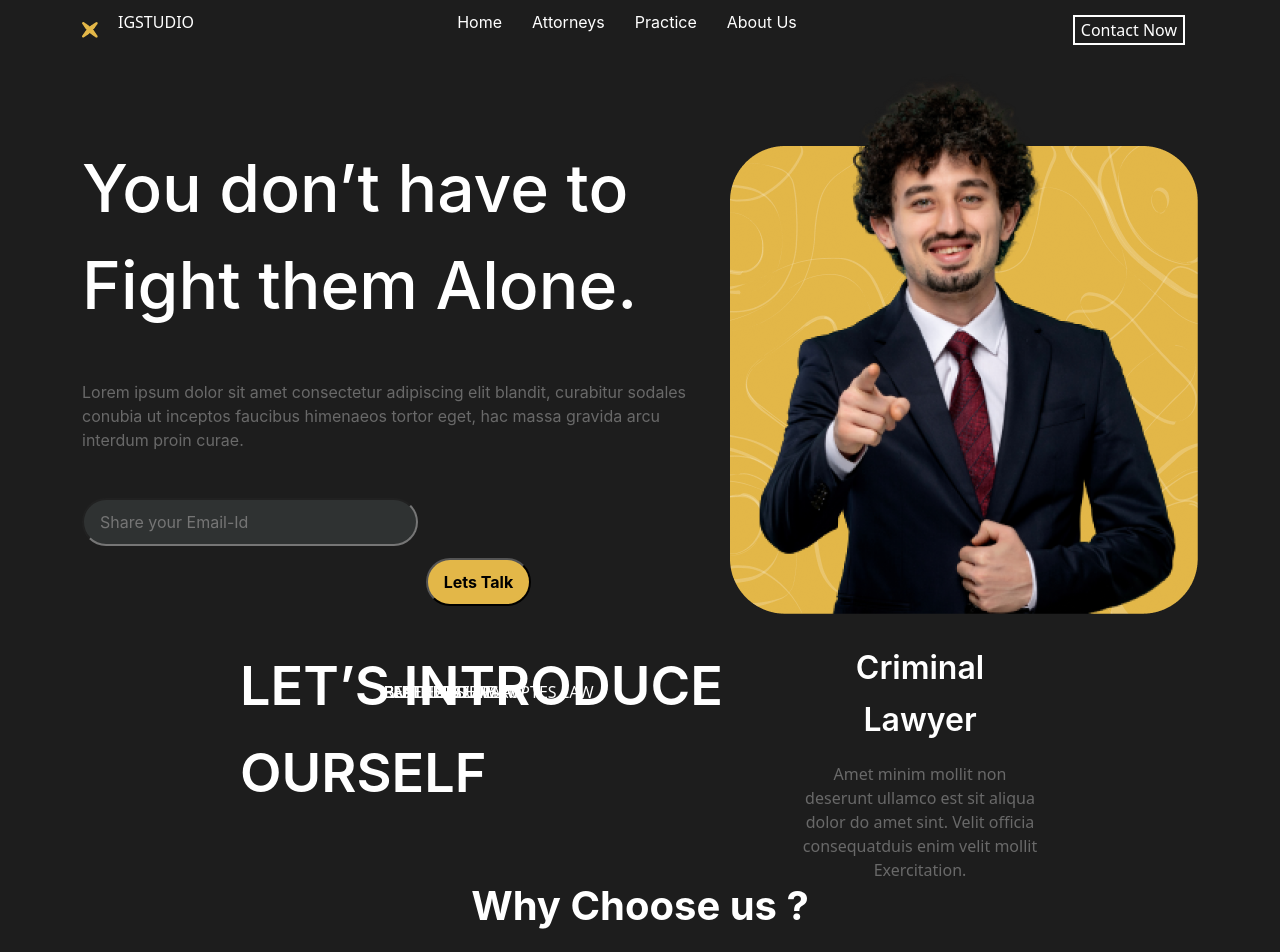
Repository: Senthil-Bala/LawFirm
Page: /
An editor plug-in stored every save of this project. The page is shown before and after the next save, followed by the edit.
The browser window is 1280 px wide. The pictures show the part of the page from y = 0 to 952 px (the page is 4053 px tall).
The project was rebuilt for these pictures with package versions that can differ from the ones it lists, and the page was loaded fresh each time. Also part of the build but not shown: src/App.css, src/Components/Frequents/Accordionss.css, src/Components/Frequents/Accordionss.jsx.

Above is the page before, as saved 2023-11-29 19:04:22.

### src/Components/Navbars/Navbar.jsx
import React from 'react'
import Studio from "../assests/logo.png";
import "./Navbar.css"

function Navbar() {
  return (
    <div className='navbar'>
        <div className="logo ">
            <img src={Studio} alt="Logo"/>
            <p>IGSTUDIO</p>
        </div>
        <div className="mid">
            <p>Home</p>
            <p>Attorneys</p>
            <p>Practice</p>
            <p>About Us</p>
        </div>
        <div className="btn">
            <button>Contact Now</button>
        </div>
    </div>
  )
}

export default Navbar

### src/Components/Heroess/HeroSection.jsx
import React from "react";
import "./HeroSection.css";
import Hero from "../assests/hero.png";
import Container from 'react-bootstrap/Container';
import Row from 'react-bootstrap/Row';
import Col from 'react-bootstrap/Col';
function HeroSection() {
  return (
    <div className="hero">
      <div className="contentLeft">
        <p id="mainHeading">You don’t have to Fight them Alone.</p>
        <p id="subHeading">
          Lorem ipsum dolor sit amet consectetur adipiscing elit blandit,
          curabitur sodales conubia ut inceptos faucibus himenaeos tortor eget,
          hac massa gravida arcu interdum proin curae.
        </p>
        <div >
        <input type="text" placeholder="Share your Email-Id" />
        <button className="inBtn">Lets Talk</button>
        </div>
      </div>
      <div className="contentRight">
        <img src={Hero} alt="Hero" />
      </div>
    </div>

  //   <Container>
  //   <Row>
  //     <Col sm={12} md={6} lg={6} >
  //     <div className="contentLeft">
  //   <p id="mainHeading">You don’t have to Fight them Alone.</p>
  //        <p id="subHeading">
  //        Lorem ipsum dolor sit amet consectetur adipiscing elit blandit,
  //          curabitur sodales conubia ut inceptos faucibus himenaeos tortor eget,
  //          hac massa gravida arcu interdum proin curae.
  //        </p>
  //         <input type="text" placeholder="Share your Email-Id" />
  //     <button className="inBtn">Lets Talk</button>
  //      </div >
  //     </Col>
  //     <Col sm={12} md={6} lg={6}>
  //     <div className="contentRight mt-5">
  //       <img src={Hero} alt="Hero" />
  //    </div>
  //     </Col>
  //   </Row>

  // </Container>








  );
}

export default HeroSection;

### src/Components/Mainss/Main.jsx
import React from "react";
import "./Main.css";
import Container from 'react-bootstrap/Container';
import Row from 'react-bootstrap/Row';
import Col from 'react-bootstrap/Col';
function Main() {
  return (
    <div className="main">
    <div className="left">
        <p>Let’s Introduce <br /> Ourself</p>
    </div>
    {/* <div className="vertical-line"></div> */}
    <div className="right">
        <p id="heading">Criminal Lawyer</p>
        <p id="subHeading">
            Amet minim mollit non deserunt ullamco est sit aliqua dolor do amet
            sint. Velit officia consequatduis enim velit mollit Exercitation.
        </p>
    </div>
</div>



    //Grid layouts

  //   <Container className="mt-5 pt-5">
  //   <Row>
  //     <Col sm={12} md={6} lg={6}>
  //     <div className="left">
  //       <p>Let’s Introduce Ourself</p>
  //     </div>
  //     </Col>
  //     <Col  sm={12} md={6} lg={6}>
  //     <div className="right">
  //       <p id="heading">Criminal Lawyer</p>
  //       <p id="subHeading">
  //         Amet minim mollit non deserunt ullamco est sit aliqua dolor do amet
  //         sint. Velit officia consequatduis enim velit mollit Exercitation.
  //       </p>
  //     </div>
  //     </Col>
  //   </Row>

  // </Container>
  );
}

export default Main;

### src/Components/Box/Boxes.jsx
import React from "react";
import "./Boxes.css";
import Box from "../assests/box.png";
import Container from 'react-bootstrap/Container';
import Row from 'react-bootstrap/Row';
import Col from 'react-bootstrap/Col';
function Boxes() {
  return (
    // <div className="box">
    //   <h1>Why Choose us ?</h1>
    //   <br />
    //   <div className="chooseBox">
    //     <div className="box1">
    //       <img src={Box} alt="" className="mt-2" />
    //       <h4 className="mt-4">100 Success Rate</h4>
    //       <p className="small">
    //         Amet minim mollit non deserunt ullamco est sit aliqua dolor do amet
    //         sint. Velit officia consequatduis enim velit mollit Exer.
    //       </p>
    //     </div>
    //     <div className="box2">
    //       <img src={Box} alt="" className="mt-2" />
    //       <h4 className="mt-4">100 Success Rate</h4>
    //       <p className="small">
    //         Amet minim mollit non deserunt ullamco est sit aliqua dolor do amet
    //         sint. Velit officia consequatduis enim velit mollit Exer.
    //       </p>
    //     </div>
    //     <div className="box3">
    //       <img src={Box} alt="" className="mt-2" />
    //       <h4 className="mt-4">100 Success Rate</h4>
    //       <p className="small">
    //         Amet minim mollit non deserunt ullamco est sit aliqua dolor do amet
    //         sint. Velit officia consequatduis enim velit mollit Exer.
    //       </p>
    //     </div>
    //   </div>
    // </div>
    //Grid layouts

<div>
<h1  className="text-center my-5 heading">Why Choose us ?</h1>

<Container>
<Row className="gx-5 gy-5">
        <Col sm={12} md={6} lg={4} g-5 >
        <div className="box1 mt-2 mr-2">
          <img src={Box} alt="" className="mt-2" />
          <h4 className="mt-4">100 Success Rate</h4>
          <p className="small">
            Amet minim mollit non deserunt ullamco est sit aliqua dolor do amet
            sint. Velit officia consequatduis enim velit mollit Exer.
          </p>
          <button className="chip">Read More</button>
        </div>
        </Col>
        <Col sm={12} md={6} lg={4}>
        <div className="box2 mt-2 mr-2">
          <img src={Box} alt="" className="mt-2" />
          <h4 className="mt-4">100 Success Rate</h4>
          <p className="small">
            Amet minim mollit non deserunt ullamco est sit aliqua dolor do amet
            sint. Velit officia consequatduis enim velit mollit Exer.
          </p>
          <button className="chip" >Read More</button>
        </div>
        </Col>
        <Col sm={12} md={6} lg={4}>
        <div className="box3 mt-2 mr-2">
          <img src={Box} alt="" className="mt-2" />
          <h4 className="mt-4">100 Success Rate</h4>
          <p className="small">
            Amet minim mollit non deserunt ullamco est sit aliqua dolor do amet
            sint. Velit officia consequatduis enim velit mollit Exer.
          </p>
          <button className="chip">Read More</button>
        </div>
        </Col>
      </Row>

    </Container>
    </div>

  );
}

export default Boxes;

### src/Components/Practicsing/Practices.jsx
import React from "react";
import Container from "react-bootstrap/Container";
import Row from "react-bootstrap/Row";
import Col from "react-bootstrap/Col";
import Left from "../assests/left.png";
import Right from "../assests/right.png";
import "./Practices.css";

function Practices() {
  return (
    <div>
      <h1 className="text-center my-5 heading">Area of Practices</h1>

      <Container>
        <Row className="mt-3">
          <Col xs={12} sm={8}>
            <img src={Left} alt="Business law" className="left" />
            <p className="title">Business law</p>

          </Col>
          <Col xs={12} sm={4}>
            <img src={Right} alt="Partnership Law" className="right" />
            <p className="title">Partnership law</p>

          </Col>
        </Row>
        <Row className="mt-3">
        <Col xs={12} sm={4}>
            <img src={Right} alt="Partnership Law" className="right" />
            <p className="title">Real Estate law</p>
          </Col>
          <Col xs={12} sm={8}>
            <img src={Left} alt="Business law" className="left" />
            <p className="title">Business law</p>

          </Col>

        </Row>
        <Row className="mt-3">
          <Col xs={12} sm={8}>
            <img src={Left} alt="Business law" className="left" />
            <p className="title">LandLord Disruptes law</p>

          </Col>
          <Col xs={12} sm={4}>
            <img src={Right} alt="Partnership Law" className="right" />
            <p className="title">ELDER ABSUTE</p>

          </Col>
        </Row>
      </Container>
    </div>
  );
}

export default Practices;

### src/Components/Teamss/Team.jsx
import React from 'react'
import Container from 'react-bootstrap/esm/Container'
import Row from 'react-bootstrap/Row';
import Col from 'react-bootstrap/Col';
import Daniel from "../assests/Daniel.png";
import Sanfole from "../assests/Sanfole.png";
import Casforila from "../assests/Casforila.png";
import Collean from "../assests/Collean.png";
import Haldone from "../assests/Haldone.png";
import Nik from "../assests/Nik.png"
import "./Team.css"

function Team() {
  return (
    <div className='teamDiv my-3'>
        <h1 className="text-center mt-5 heading">Our Team</h1>

        <Container>
        <Row>

        <Col xs={6} md={4} lg={4} className='mt-5'>
            <div className="items d-flex pt-1 ">
        <img src={Daniel} alt="" className='mr-3'/>
        <div>
          <h6 >Daniel Def</h6>
          <p className="opac">301 Cases</p>
          </div>
          </div>
        </Col>

        <Col xs={6} md={4} lg={4} className='mt-5'>
            <div className="items d-flex sanfole pt-1 ">
        <img src={Sanfole} alt="" className='mr-3 '/>
        <div>
          <h6>Sanfole</h6>
          <p className="opac">850 Cases</p>
          </div>
          </div>
        </Col>

        <Col xs={6} md={4}  lg={4} className='mt-5'>
            <div className="items d-flex pt-1">
        <img src={Casforila} alt="" className='mr-3'/>
        <div>
          <h6 >Casforila</h6>
          <p className="opac">470 Cases</p>
          </div>
          </div>
        </Col>

        <Col xs={6} md={4} lg={4} className='mt-5'>
            <div className="items d-flex pt-1 ">
        <img src={Collean} alt="" className='mr-3'/>
        <div>
          <h6 >Collean</h6>
          <p className="opac">180 Cases</p>
          </div>
          </div>
        </Col>

        <Col xs={6} md={4}  lg={4} className='mt-5'>
            <div className="items d-flex pt-1">
        <img src={Haldone} alt="" className='mr-3'/>
        <div>
          <h6 >Haldone</h6>
          <p className="opac">212 Cases</p>
          </div>
          </div>
        </Col>

        <Col xs={6} md={4}  lg={4} className='mt-5'>
            <div className="items d-flex p-2">
        <img src={Nik} alt="" className='mr-3'/>
        <div>
          <h6 >Nik Joe</h6>
          <p className="opac">350 cases</p>
          </div>
          </div>
        </Col>

      </Row>
      </Container>
    </div>
  )
}

export default Team

### src/Components/Frequents/Faq.jsx
import React from "react";
import Accordionss from "./Accordionss"
import "./Faq.css"
function Faq() {
  return (
    <div className="d-flex justify-content-between my-5">
      <div className="faq my-4">
        <h1>FAQ</h1>
        <p className="faqContent">
          Amet minim mollit non deserunt ullamco est sit <br /> aliqua dolor do amet
          sint.
        </p>
      </div>
      <div className="accordions mt-5">
        {/* <Accordions/> */}
      </div>
    </div>
  );
}

export default Faq;

### src/Components/Subscribes/Subscribe.jsx
import React from 'react'
import "./Subscribe.css"
function Subscribe() {
  return (
    <div className='subscribes mt-3'>
    <div className="newsLetter">
<h1 className='text-center mt-2'>Subscribe Our NewsLetter</h1>
</div>
<div className="inputAndbutton">
    <input type="text" className='inputOne' placeholder='Enter Your Name'/>
    <input type="text" className='inputOne' placeholder='Enter your Email'/>
    <button id='send'>Send</button>
</div>
    </div>
  )
}

export default Subscribe

### src/Components/Footers/Footer.jsx
import React from 'react'
import "./Footer.css";
import logo from "../assests/logo.png";
import Group from "../assests/group.png"
function Footer() {
  return (
    <div className='footerDiv my-3'>
        <div className="firstDiv container text-center">
           <div className='logoDiv'>
            <img src={logo} alt="logo" />
            <p>IGSTUDIO</p>
           </div>
           <div className="mainDiv ">
            <p>Home</p>
            <p>Attorneys</p>
            <p>Practice Areas</p>
            <p>About Us</p>
           </div>
           <div>
            <img src={Group} alt="Icons" />
           </div>
        </div>
        <br />
        <div className="secondDiv container text-center ">
            <p>© 2020 Acme. All rig</p>
            <p>Privacy Policy</p>
            <p>Terms of Service</p>
        </div>

    </div>
  )
}

export default Footer

### src/Components/Navbars/Navbar.css
.navbar {
    display: flex;
    justify-content: space-between;
    align-items: center;
    /* width: 100%;
    height: 3rem; */

}

.mid {
    display: flex;
    gap: 30px;
    font-family: Inter;
    text-align: center;
    justify-content: space-between;
    align-items: center;

}

.btn button {
    border: 2px solid #FFFFFF;
    background-color: #1D1D1D;
    color: #FFFFFF;
    /* justify-content: center;
    align-items: center; */
}

.logo {
    display: flex;
    justify-content: center;
    align-items: center;
    gap: 20px;
}

.logo img{
    height: 1rem;
}

### src/Components/Heroess/HeroSection.css
.hero {
    display: flex;
    justify-content: space-between;
    align-items: center;
    gap: 30px;
    font-family: Inter;

}

.contentLeft {
    margin-top: 5rem;
    display: flex;
    flex-direction: column;
    gap: 30px;
}

.contentRight {
    width: 467.71px;
    height: 467.71px;
}

.inBtn {
    background: rgba(227, 183, 72, 1);

    color: black;
    font-family: Inter;
    font-weight: bold;
    height: 3rem;
    padding: 1rem;
    display: flex;
    justify-content: center;
    align-items: center;
    border-radius: 3rem;
    text-align: center;
    position: absolute;
    right: 58.5%;
    top: 77.5%;
    outline: 0;
}

input[type='text'] {
    height: 3rem;
    padding: 1rem;
    border-radius: 3rem;
    width: 21rem;
    position: relative;
    background-color:rgb(47, 50, 50);
    color: darkslategray;
    outline: 0;
}

#mainHeading {
    font-size: 66px;
    font-weight: 500;
    line-height: 97px;
    letter-spacing: 0em;
    text-align: left;

}

#subHeading {
    color: dimgrey;

}

### src/Components/Mainss/Main.css
.main {
    display: flex;
    justify-content: center;
    text-align: center;
    margin-top: 6rem;
}

.left {
    font-family: Inter;
    font-size: 54px;
    font-weight: 600;
    line-height: 87px;
    text-align: left;


}
/* Styling for the main container */
.main {
    display: flex;
    align-items: center;
}

/* Styling for the vertical line */
.vertical-line {
    border-left: 1px solid dimgray; /* Set color for the left border */
    height: 100px; /* Set height of the line */
    margin: 0 20px; /* Adjust margin as needed */
}



.right{
    display: flex;
    flex-direction: column;

}
#heading {
    font-family: Inter;
    font-size: 32px;
    font-weight: 600;
    line-height: 52px;
    letter-spacing: 0em;
    text-align: center;
    /* width: 475px;
    height: 155px; */

}
#subHeading{
    color: dimgrey;
    /* width: 475px;
height: 87px;

opacity: 0.3px; */

}

### src/Components/Box/Boxes.css
.box{
    margin-top: 6rem;
    text-align: center;
}
.chooseBox{
    display: flex;
    justify-content: space-between;
}
.box1,.box2,.box3{
    width: 335px;
height: 370px;
padding: 1rem;
text-align: left;
/* border: 2px solid; */
border-radius: 1rem;
background-color:rgb(40, 39, 39);

}
.box2{
    background: rgba(71, 71, 71, 0.5);

}
.small{
    font-family: Inter;
font-size: 14px;
font-weight: 500;
line-height: 23px;
letter-spacing: 0em;
text-align: left;
opacity: 30%;

}
.chip{
    background: rgba(227, 183, 72, 1);

    color: black;
    font-family: Inter;
    font-weight: bold;
    height: 2rem;
    /* padding: 1rem; */
    display: flex;
    justify-content: center;
    align-items: center;
    border-radius: 1.5rem;
    text-align: center;
}
.heading{
    font-family: Inter;
    font-weight: bold;

}

### src/Components/Practicsing/Practices.css
.left{
    width:35rem;
    height:12rem;
    text-transform: uppercase;
    position: relative;

}
.right{
    width:15rem;
    height:12rem;
    position: relative;

}
.title{
    position: absolute;
    bottom: 0px;
    left: 30%;
    text-align: center;
    text-transform: uppercase;
}

### src/Components/ClientSides/Clients.css
.arrows button{
    border-radius: 50%;
    height: 3rem;
    width: 3rem;
}
.rgt{
    background: rgba(227, 183, 72, 1);
}
.box2{
    background: rgba(71, 71, 71, 0.5);

}

### src/Components/Teamss/Team.css
.opac{
    opacity: 30%;
}

.sanfole{
    background: rgba(227, 183, 72, 1);
border-radius: 1rem;
color: black;

}

### src/Components/Frequents/Faq.css
.faqContent{
    opacity: 30%;
}

### src/Components/Subscribes/Subscribe.css
.subscribes{
height: 356px;
background: rgba(71, 71, 71, 0.5);
display: flex;
flex-direction: column;
justify-content: center;
align-items: center;
border-radius: 1rem;
gap: 30px;
}
#send{
    background: rgba(227, 183, 72, 1);
    height: 2.5rem;
    width: 5rem;
    border-radius: 0.5rem;

}
.inputOne{
    width: 10rem;
    height: 2.5rem;
    border-radius: 0.5rem;
    padding-left: 1rem;

}
.inputAndbutton{
display: flex;
justify-content: space-between;
gap: 10px;
}

### src/Components/Footers/Footer.css
.footerDiv{

height: 367px;
/* border: 1px solid white; */
display: flex;
flex-direction: column;
font-size: smaller;
background-color: black;
/* width: 100%; */


}
.firstDiv{
    display: flex;
    justify-content: space-between;
    align-items: center;
    margin-top: 4rem;
}
.mainDiv{
    display: flex;
    justify-content: center;
    align-items: center;
    gap:50px;
}
.secondDiv{
    display: flex;
    justify-content: center;
    align-items: center;
    gap:20px;
    margin-top: 2rem;
    font-size: xx-small;

}

Loaded but not shown: public/index.html (common file); src/index.js (common file); src/index.css (common file); src/reportWebVitals.js (common file); src/App.js (31 lines, source omitted); src/Components/ClientSides/Clients.jsx (99 lines, source omitted)

After the next save:
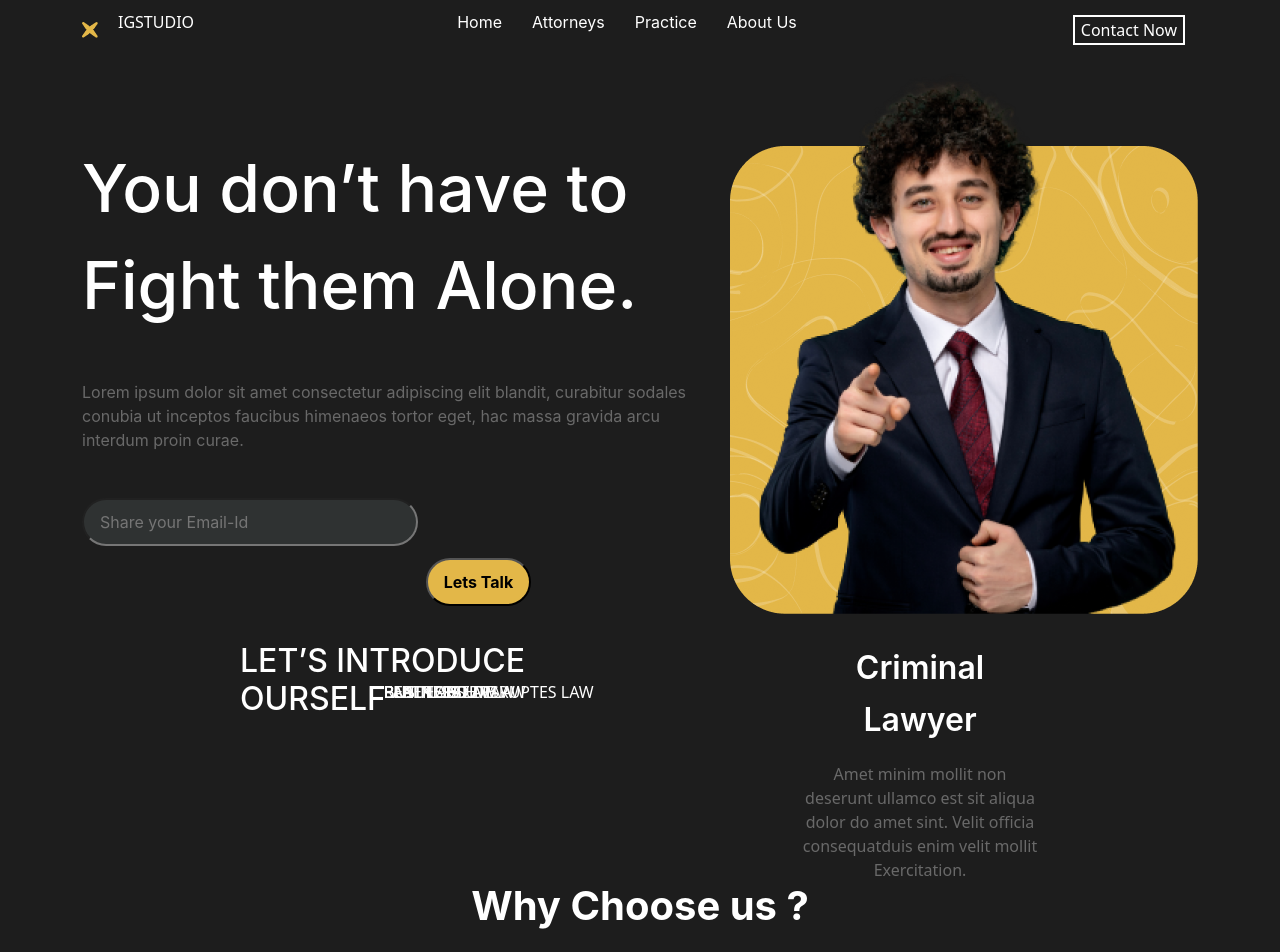
Saved 40 s later.
--- a/src/Components/Mainss/Main.jsx
+++ b/src/Components/Mainss/Main.jsx
@@ -7,7 +7,7 @@
   return (
     <div className="main">
     <div className="left">
-        <p>Let’s Introduce <br /> Ourself</p>
+        <h2>Let’s Introduce <br /> Ourself</h2>
     </div>
     {/* <div className="vertical-line"></div> */}
     <div className="right">

After the 2 saves that followed:
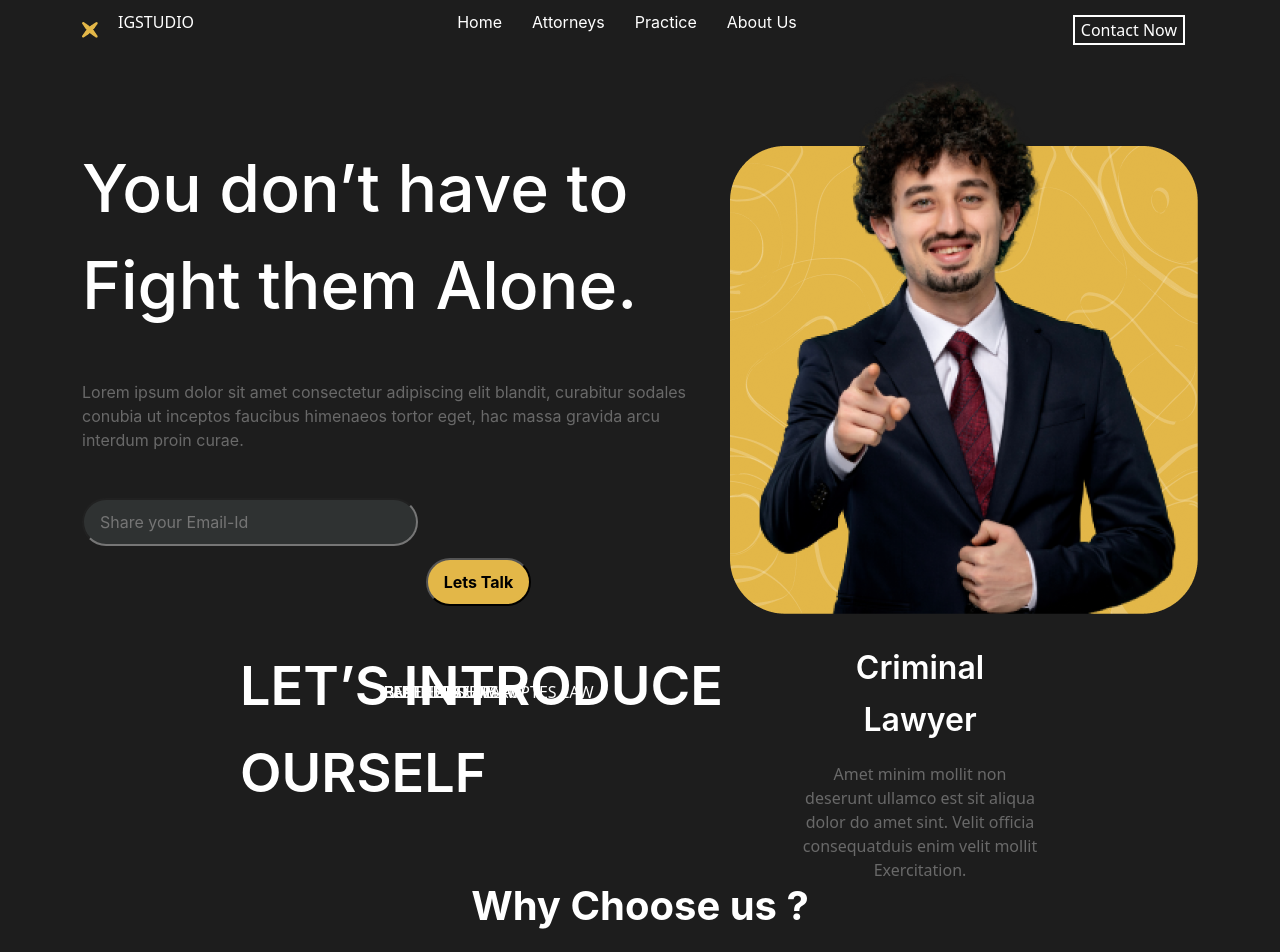
The 2 saves are shown as one change because they came seconds apart.
The last was saved 9 s later.
--- a/src/Components/Mainss/Main.jsx
+++ b/src/Components/Mainss/Main.jsx
@@ -7,7 +7,7 @@
   return (
     <div className="main">
     <div className="left">
-        <h2>Let’s Introduce <br /> Ourself</h2>
+        <p>Let’s Introduce <br /> Ourself</p>
     </div>
     {/* <div className="vertical-line"></div> */}
     <div className="right">
